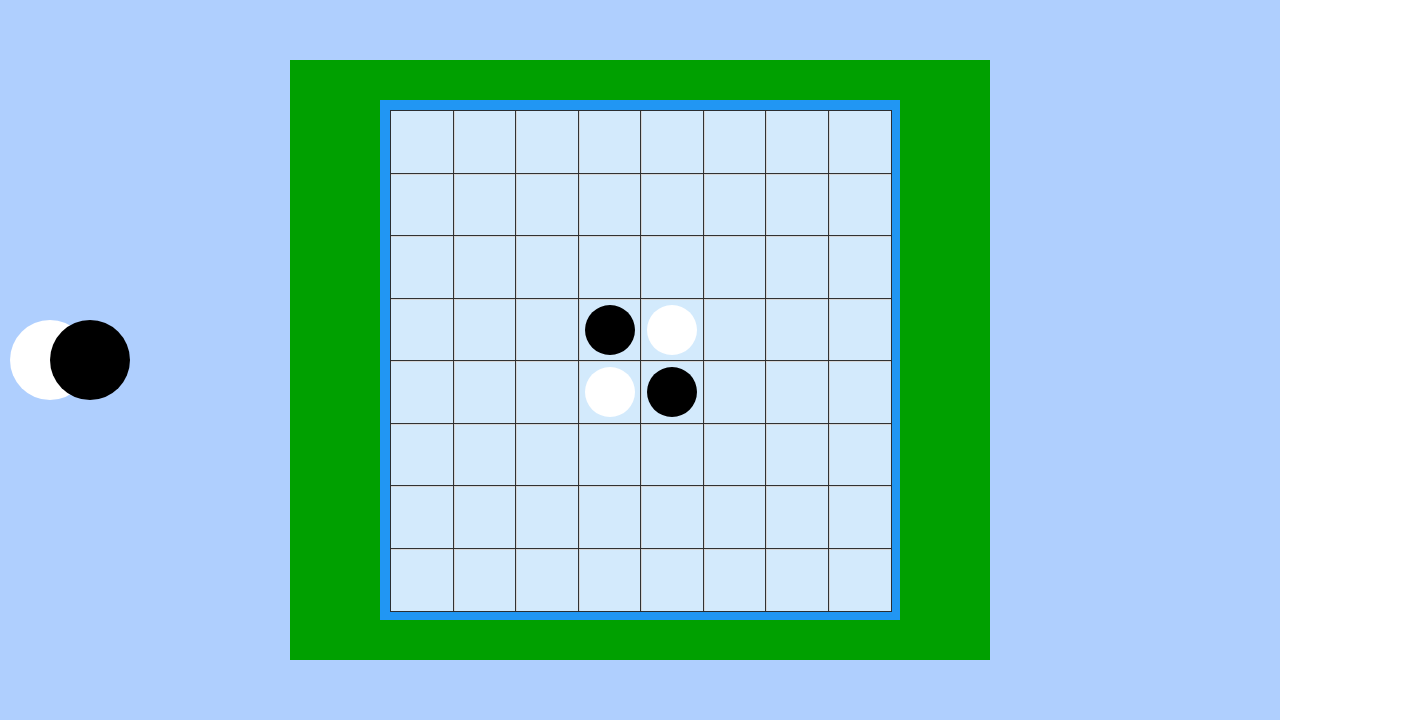
Repository: eliaoucohen72/react-reversi
Page: /
The author's editor kept a copy of each file at every save. The page is drawn from the files as they stood at one save, then again after a run of saves.
The browser window is 1280 px wide. The page is 1280 px wide, then 1410 px, so the pictures cover 1410 px, including what lies to the right of the window. The pictures show the whole page.
The project was rebuilt for these pictures with package versions that can differ from the ones it lists, and the page was loaded fresh each time. Also part of the build but not shown: vite.config.ts.

Above is the page before, as saved 2024-09-05 16:27:41.

After the next 6 saves:
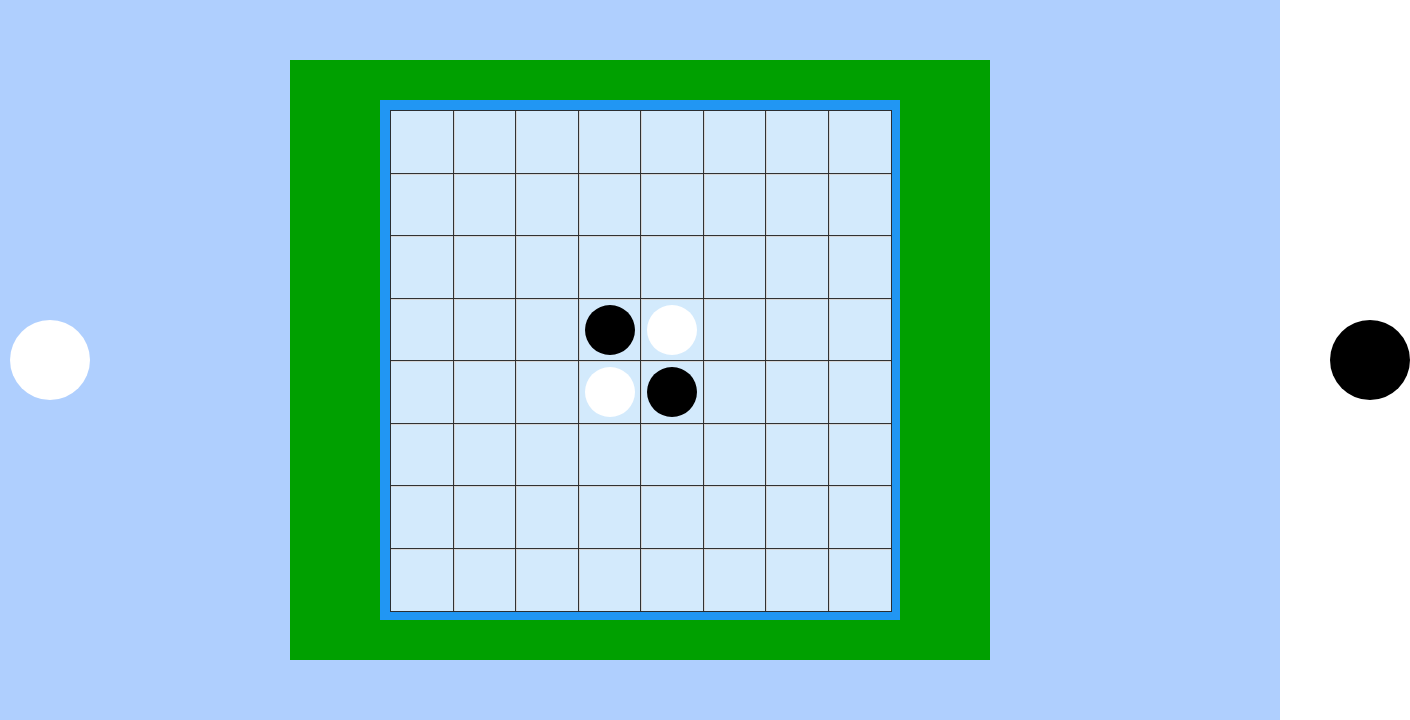
The 6 saves are shown as one change because 1 did not build or start and some came seconds apart.
The last was saved 25 s later.
--- a/src/style.ts
+++ b/src/style.ts
@@ -14,7 +14,7 @@ const styles = {
     top: "50%",
     left: "0%",
     right: "0%",
-    left: player === "white" ? "translate(-50%, -50%)" : "translate(0%, -50%)",
+    left: player === "white" ? "0%" : '100%',
     right: player === "white" ? "translate(-50%, -50%)" : "translate(0%, -50%)",
     transform: player === "white" ? "translate(-50%, -50%)" : "translate(0%, -50%)",
     backgroundColor: player === "white" ? "#ffffff" : "#000000",
